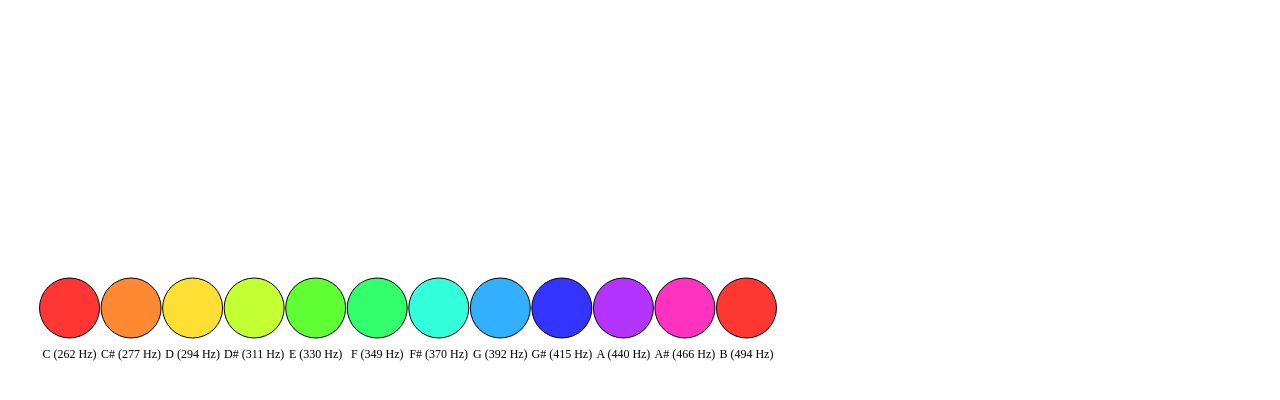
Repository: studiorichie/richielau.com
Page: assets/sound-to-color.html
An editor plug-in stored every save of this project. The page is shown before and after the next save, followed by the edit.
The browser window is 1280 px wide. The pictures show the whole page.

Above is the page before, as saved 2024-11-06 18:20:57.

### assets/sound-to-color.html
<!DOCTYPE html>
<html lang="en">

<head>
    <meta charset="UTF-8">
    <title>Sound-to-Color Mapping with MIDI</title>
    <script src="https://d3js.org/d3.v6.min.js"></script>
    <style>
        .key-circle {
            fill-opacity: 0.8;
            stroke: black;
            stroke-width: 1px;
            cursor: pointer;
        }

        .label {
            font-size: 12px;
            text-anchor: middle;
        }

        .midi-label {
            font-size: 14px;
            font-weight: bold;
            text-anchor: middle;
            fill: black;
            visibility: hidden;
        }
    </style>
</head>

<body>
    <svg width="800" height="600" id="chart"></svg>

    <script>
        const keys = [
            { note: "C", freq: 261.63, midi: 60 },
            { note: "C#", freq: 277.18, midi: 61 },
            { note: "D", freq: 293.66, midi: 62 },
            { note: "D#", freq: 311.13, midi: 63 },
            { note: "E", freq: 329.63, midi: 64 },
            { note: "F", freq: 349.23, midi: 65 },
            { note: "F#", freq: 369.99, midi: 66 },
            { note: "G", freq: 392.00, midi: 67 },
            { note: "G#", freq: 415.30, midi: 68 },
            { note: "A", freq: 440.00, midi: 69 },
            { note: "A#", freq: 466.16, midi: 70 },
            { note: "B", freq: 493.88, midi: 71 }
        ];


        function getColor(freq) {
            let hue = ((freq - 261) / (493 - 261)) * 360;
            return `hsl(${hue}, 100%, 50%)`;
        }

        const svg = d3.select("#chart");
        const width = svg.attr("width");
        const height = svg.attr("height");

        const circleSpacing = width / (keys.length + 1);
        const offsetX = (width - (circleSpacing * keys.length)) / 2;

        svg.selectAll("circle")
            .data(keys)
            .enter()
            .append("circle")
            .attr("class", "key-circle")
            .attr("cx", (d, i) => offsetX + (i + 0.5) * circleSpacing)
            .attr("cy", height / 2) // Center vertically
            .attr("r", 30)
            .attr("fill", d => getColor(d.freq))
            .on("click", function (event, d) {
                showMidiLabel(d);
                playMidiTone(d.midi);
            });


        svg.selectAll(".label")
            .data(keys)
            .enter()
            .append("text")
            .attr("class", "label")
            .attr("x", (d, i) => (i + 1) * (width / (keys.length + 1)))
            .attr("y", height / 2 + 50)
            .text(d => `${d.note} (${Math.round(d.freq)} Hz)`)
            .attr("fill", "black");


        const midiLabel = svg.append("text")
            .attr("class", "midi-label")
            .attr("x", width / 2)
            .attr("y", height - 50);

        function showMidiLabel(data) {
            midiLabel.text(`MIDI: ${data.midi} - ${data.note}`)
                .attr("x", (keys.indexOf(data) + 1) * (width / (keys.length + 1)))
                .attr("y", height / 2 - 50)
                .attr("visibility", "visible");

            // Hide label after a short delay
            setTimeout(() => {
                midiLabel.attr("visibility", "hidden");
            }, 2000);
        }


        function playMidiTone(midi) {
            const context = new (window.AudioContext || window.webkitAudioContext)();
            const oscillator = context.createOscillator();
            const gainNode = context.createGain();
            oscillator.type = 'sine'; // Sine wave for a pure tone
            oscillator.frequency.setValueAtTime(440 * Math.pow(2, (midi - 69) / 12), context.currentTime); // MIDI to Hz
            gainNode.gain.setValueAtTime(0.1, context.currentTime); // Lower gain for a soft sound
            oscillator.connect(gainNode).connect(context.destination);
            oscillator.start();
            oscillator.stop(context.currentTime + 0.5); // Play sound for 0.5 seconds
        }
    </script>
</body>

</html>

After the next save:
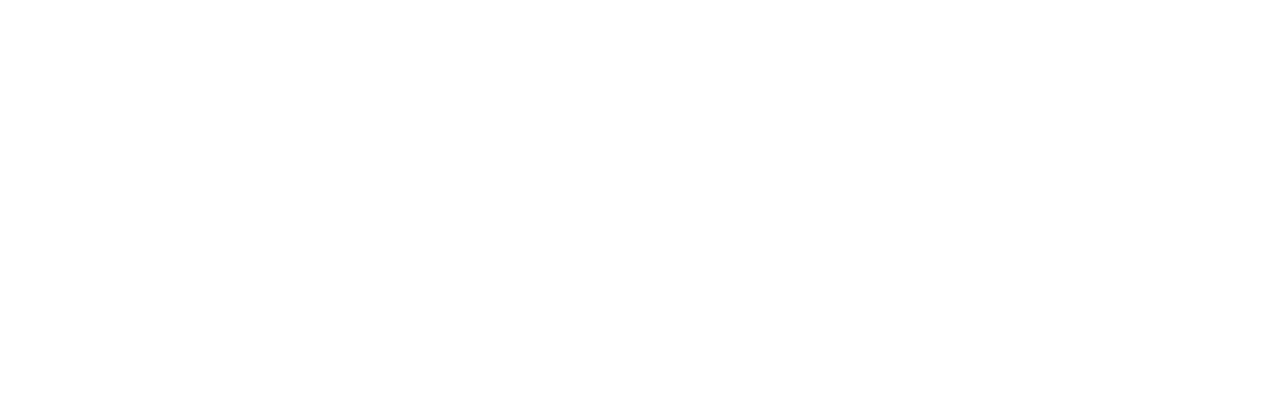
Console error: ReferenceError: circleSpacing is not defined
Saved 38 s later.
--- a/assets/sound-to-color.html
+++ b/assets/sound-to-color.html
@@ -57,22 +57,25 @@
         const width = svg.attr("width");
         const height = svg.attr("height");
 
-        const circleSpacing = width / (keys.length + 1);
-        const offsetX = (width - (circleSpacing * keys.length)) / 2;
 
-        svg.selectAll("circle")
+
+        const group = svg.append("g")
+            .attr("transform", `translate(${(width - circleSpacing * keys.length) / 2}, ${height / 2})`);
+
+        group.selectAll("circle")
             .data(keys)
             .enter()
             .append("circle")
             .attr("class", "key-circle")
-            .attr("cx", (d, i) => offsetX + (i + 0.5) * circleSpacing)
-            .attr("cy", height / 2) // Center vertically
+            .attr("cx", (d, i) => i * circleSpacing)
+            .attr("cy", 0) // Centered in the group
             .attr("r", 30)
             .attr("fill", d => getColor(d.freq))
             .on("click", function (event, d) {
                 showMidiLabel(d);
                 playMidiTone(d.midi);
             });
+
 
 
         svg.selectAll(".label")

After the save that followed:
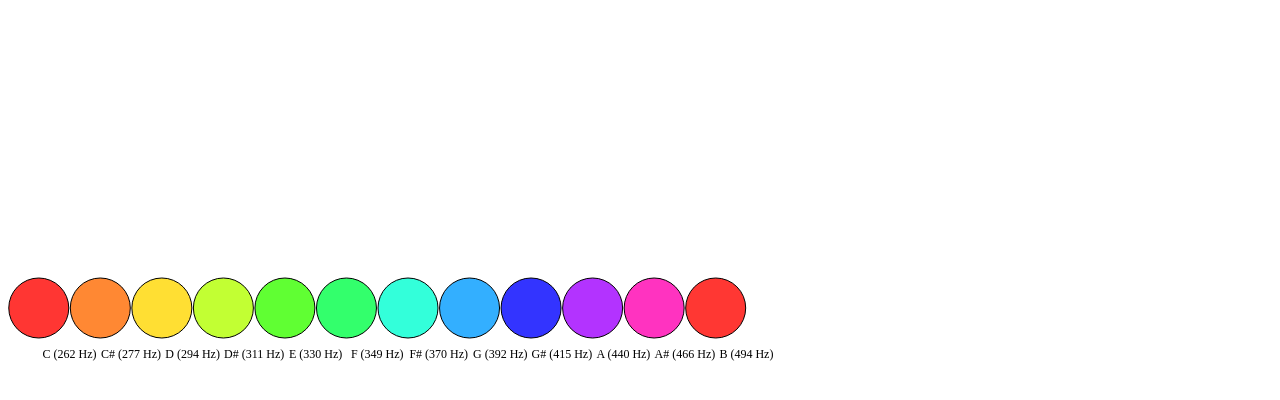
The error is gone.
Saved 52 s later.
--- a/assets/sound-to-color.html
+++ b/assets/sound-to-color.html
@@ -58,7 +58,8 @@
         const height = svg.attr("height");
 
 
-
+        const circleSpacing = width / (keys.length + 1);
+        const offsetX = (width - (circleSpacing * keys.length)) / 2;
         const group = svg.append("g")
             .attr("transform", `translate(${(width - circleSpacing * keys.length) / 2}, ${height / 2})`);
 
